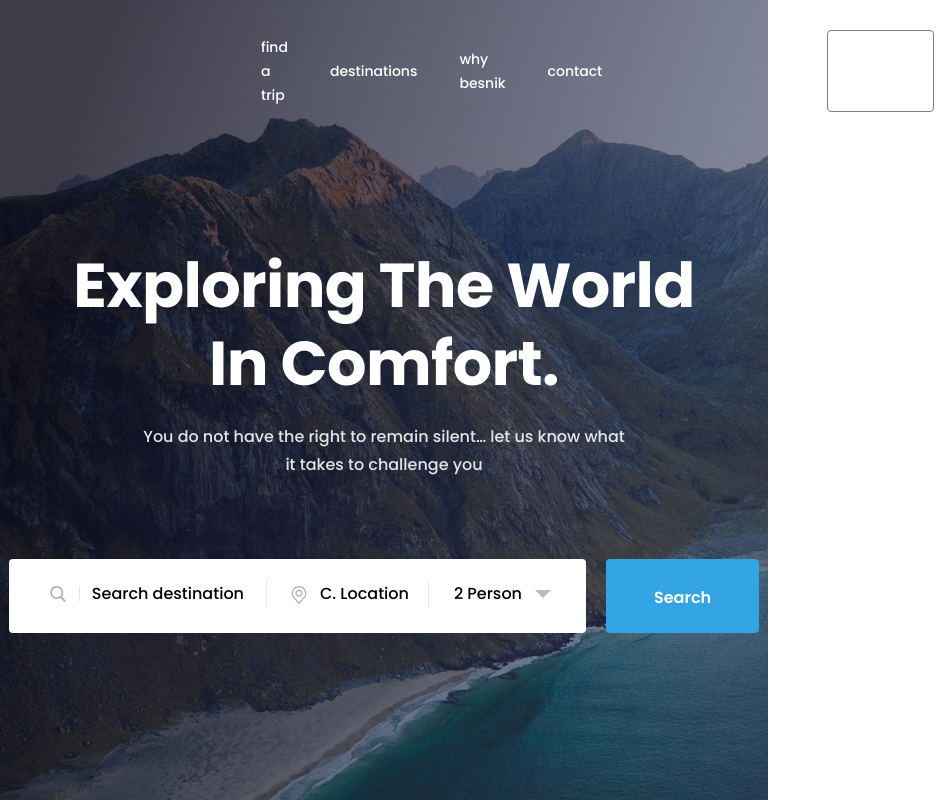
Repository: hoang0508/LandingPage-CodeTravel2
Page: index.html
The author's editor kept a copy of each file at every save. The page is drawn from the files as they stood at one save, then again after the next save.
The browser window is 768 px wide. The page is 934 px wide, then 949 px, so the pictures cover 949 px, including what lies to the right of the window. The pictures show the whole page.
The style sheet was rebuilt from its Sass, Less or Tailwind sources for each picture, by a compiler version that may differ from the author's.

Above is the page before, as saved 2022-09-16 13:29:18.

### index.html
<!DOCTYPE html>
<html lang="en">
  <head>
    <meta charset="UTF-8" />
    <meta http-equiv="X-UA-Compatible" content="IE=edge" />
    <meta name="viewport" content="width=device-width, initial-scale=1.0" />
    <title>Travale LandingPage</title>
    <link rel="stylesheet" href="./css/style.css" />
  </head>
  <body>
    <div class="wrapper">
      <!-- HEADER -->
      <header class="header">
        <div class="container">
          <div class="header-main">
            <div class="header-logo">
              <img src="./images/Logo.png" alt="Logo" />
            </div>
            <nav class="header-menu">
              <ul class="header-menu--list">
                <li class="header-menu--item">
                  <a href="#" class="header-menu--link">FIND A TRIP</a>
                </li>
                <li class="header-menu--item">
                  <a href="#" class="header-menu--link">DESTINATIONS</a>
                </li>
                <li class="header-menu--item">
                  <a href="#" class="header-menu--link">WHY BESNIK</a>
                </li>
                <li class="header-menu--item">
                  <a href="#" class="header-menu--link">CONTACT</a>
                </li>
              </ul>
            </nav>
            <div class="header-button">
              <button class="button button-acount">Create Account</button>
            </div>
          </div>

          <div class="header-content">
            <h1 class="header-content--title">
              Exploring The World In Comfort.
            </h1>
            <p class="header-content--desc">
              You do not have the right to remain silent… let us know what it
              takes to challenge you
            </p>
            <div class="header-form">
              <div class="header-content--form">
                <div class="form-down">
                  <div class="form-down--col">
                    <div class="form-down--icon">
                      <img src="./images/icon-search.svg" alt="" />
                    </div>
                    <div class="form-down--text form-down--text-border"></div>
                      <span class="form-down--text-txt">Search destination</span>
                    </div>
                  <div class="form-down--col">
                    <div class="form-down--icon">
                      <img src="./images/icon-loacation.svg" alt="" />
                    </div>
                    <span class="form-down--text form-down--text-location">C. Location</span>
                  </div>
                  <div class="form-down--col">
                    <span class="form-down--text">2 Person</span>
                    <div class="form-down--icon">
                      <img src="./images/icon-arrow.svg" alt="" />
                    </div>
                  </div>
                </div>
                </div>
                <button class="button button-search">Search</button>
              </div>
            </div>
          </div>
        </div>
      </header>
    </div>
  </body>
</html>

### sass/main.scss
@import "reset";
@import "variable";
@import "typography";
@import "base";
@import "global";
@import "header";

### sass/_reset.scss
*,
*::before,
*::after {
  box-sizing: border-box;
}
* {
  margin: 0;
  padding: 0;
  font: inherit;
}
body {
  line-height: 1.5;
}
img,
picture,
video,
canvas,
svg {
  display: block;
  max-width: 100%;
}
input,
button,
textarea,
select {
  outline: none;
}
p,
h1,
h2,
h3,
h4,
h5,
h6 {
  overflow-wrap: break-word;
}

a {
  text-decoration: none;
}

ul,
li {
  list-style: none;
}

### sass/_variable.scss
$text-white: #fff;
$primary-color: #34a5e4;
$border-gray: #e6e6e6;

### sass/_typography.scss
@font-face {
  font-family: "Poppins";
  src: url("../fonts/Poppins-Regular.ttf") format("opentype");
  font-style: normal;
  font-display: auto;
  font-weight: 400;
}

@font-face {
  font-family: "Poppins";
  src: url("../fonts/Poppins-Light.ttf") format("opentype");
  font-style: normal;
  font-display: auto;
  font-weight: 300;
}

@font-face {
  font-family: "Poppins";
  src: url("../fonts/Poppins-Medium.ttf") format("opentype");
  font-style: normal;
  font-display: auto;
  font-weight: 500;
}

@font-face {
  font-family: "Poppins";
  src: url("../fonts/Poppins-SemiBold.ttf") format("opentype");
  font-style: normal;
  font-display: auto;
  font-weight: 600;
}

@font-face {
  font-family: "Poppins";
  src: url("../fonts/Poppins-Thin.ttf") format("opentype");
  font-style: normal;
  font-display: auto;
  font-weight: 100;
}

@font-face {
  font-family: "Poppins";
  src: url("../fonts/Poppins-Bold.ttf") format("opentype");
  font-style: normal;
  font-display: auto;
  font-weight: 700;
}

### sass/_base.scss
body {
  font-family: "Poppins", sans-serif;
  font-weight: 500;
}

.wrapper {
  max-width: 1600px;
  margin: 0 auto;
}

.container {
  max-width: 1280px;
  margin: 0 auto;
}

### sass/_global.scss
// Button
button.button {
  display: inline-block;
  border: 0;
  cursor: pointer;
  color: $text-white;
  font-size: 14px;
  &-acount {
    background-color: transparent;
    padding: 19px 23px;
    border: 1.5px solid #777f96;
    border-radius: 4px;
  }
  &-search {
    height: 74px;
    padding: 27px 48px;
    background-color: $primary-color;
    color: $text-white;
    font-size: 16px;
    font-weight: 600;
    border-radius: 4px;
  }
}

### sass/_header.scss
.header {
  background-image: url("../images/header-img.png");
  min-height: 800px;
  background-size: cover;
  background-repeat: repeat;
  padding-top: 30px;
  &-main {
    display: flex;
    align-items: center;
    margin-bottom: 135px;
  }
  &-logo {
    margin-right: 261px;
  }
  &-menu {
    &--list {
      display: flex;
      align-items: center;
      gap: 0 42px;
      margin-right: 225px;
    }
    &--link {
      color: $text-white;
      text-transform: lowercase;
      font-size: 14px;
    }
  }
  &-button {
    margin-left: auto;
  }
  &-form {
    display: flex;
    justify-content: center;
    align-items: center;
    gap: 0 20px;
  }
  &-content {
    text-align: center;
    &--title {
      max-width: 640px;
      width: 100%;
      margin: 0 auto;
      font-size: 62px;
      font-weight: 700;
      color: $text-white;
      margin-bottom: 20px;
      letter-spacing: -0.01em;
      line-height: 78px;
    }
    &--desc {
      max-width: 493px;
      margin: 0 auto;
      color: #ffffff;
      font-weight: 500;
      mix-blend-mode: normal;
      opacity: 0.88;
      line-height: 28px;
      margin-bottom: 80px;
    }
    &--form {
      background-color: #ffffff;
      padding: 23px 35px 24px 41px;
      height: 74px;
      border-radius: 4px;
      box-shadow: 0px 40px 80px -22px rgba(98, 89, 89, 0.09);
      .form-down {
        display: flex;
        align-items: center;
        &--col {
          display: flex;
          align-items: center;
          gap: 0 13px;
          &:nth-child(1) {
            margin-right: 43px;
          }
          &:nth-child(2) {
            position: relative;
            &::before {
              content: "";
              position: absolute;
              width: 1px;
              height: 27px;
              background-color: $border-gray;
              left: -25px;
            }
            &::after {
              content: "";
              position: absolute;
              width: 1px;
              height: 27px;
              background-color: $border-gray;
              right: 0;
            }
          }
          &:nth-child(3) {
            margin-left: 25px;
          }
        }
        &--text-border {
          position: relative;
          &::before {
            position: absolute;
            content: "";
            width: 1px;
            height: 15px;
            background: #e5e5e5;
            top: 50%;
            transform: translateY(-50%);
          }
        }
        &--text-txt {
          margin-right: 4px;
        }
        &--text-location {
          padding-right: 20px;
        }
        &--icon {
          width: 16px;
          height: 16px;
          display: inline-block;
          img {
            width: 100%;
            object-fit: cover;
          }
        }
      }
    }
  }
}

After the next save:
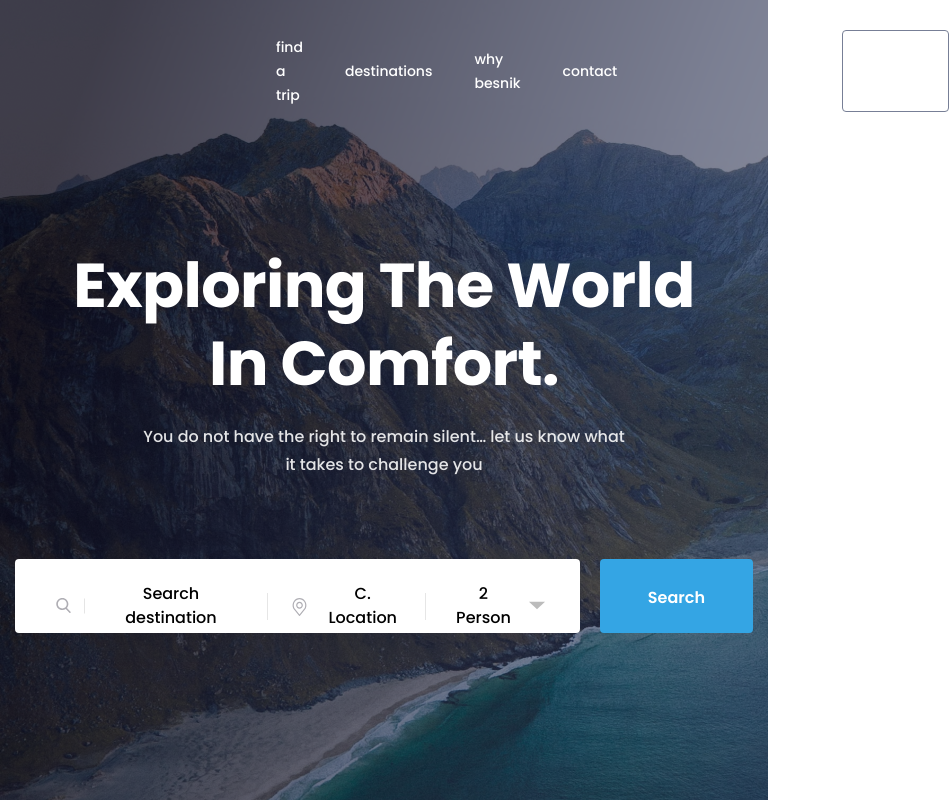
Saved 6 min 49 s later.
--- a/sass/_base.scss
+++ b/sass/_base.scss
@@ -12,3 +12,9 @@ body {
   max-width: 1280px;
   margin: 0 auto;
 }
+
+@media screen and (max-width: 1023.98px) {
+  .container {
+    padding: 0 15px;
+  }
+}
